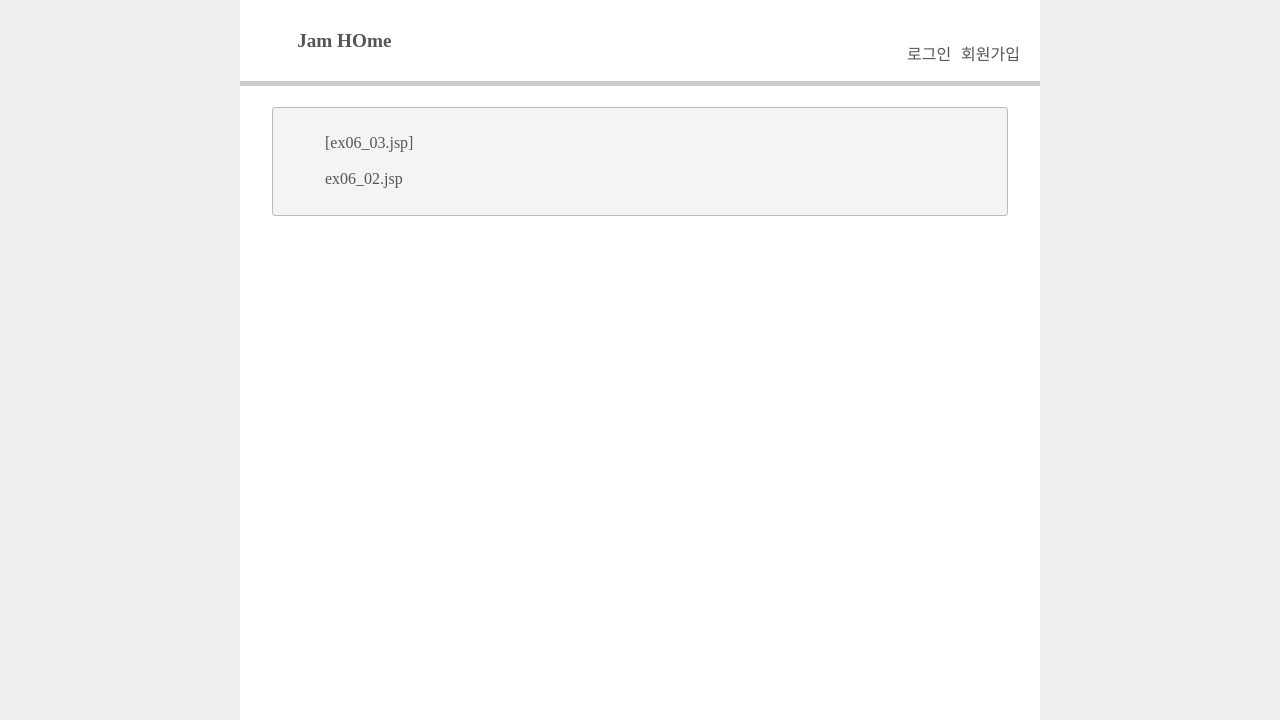
Repository: woals5636/JSPClass
Page: http://localhost/jspPro/days06/ex06_03.jsp
These files come from the project's save history. The page is drawn as it stood at one moment and after the next save; the edit follows.
The browser window is 1280 px wide. The pictures show the whole page.
Some web fonts or font styles are not loaded; a fallback is used. The page is served by Tomcat 9.

Above is the page before, as saved 2024-10-22 07:39:10.

After the next save:
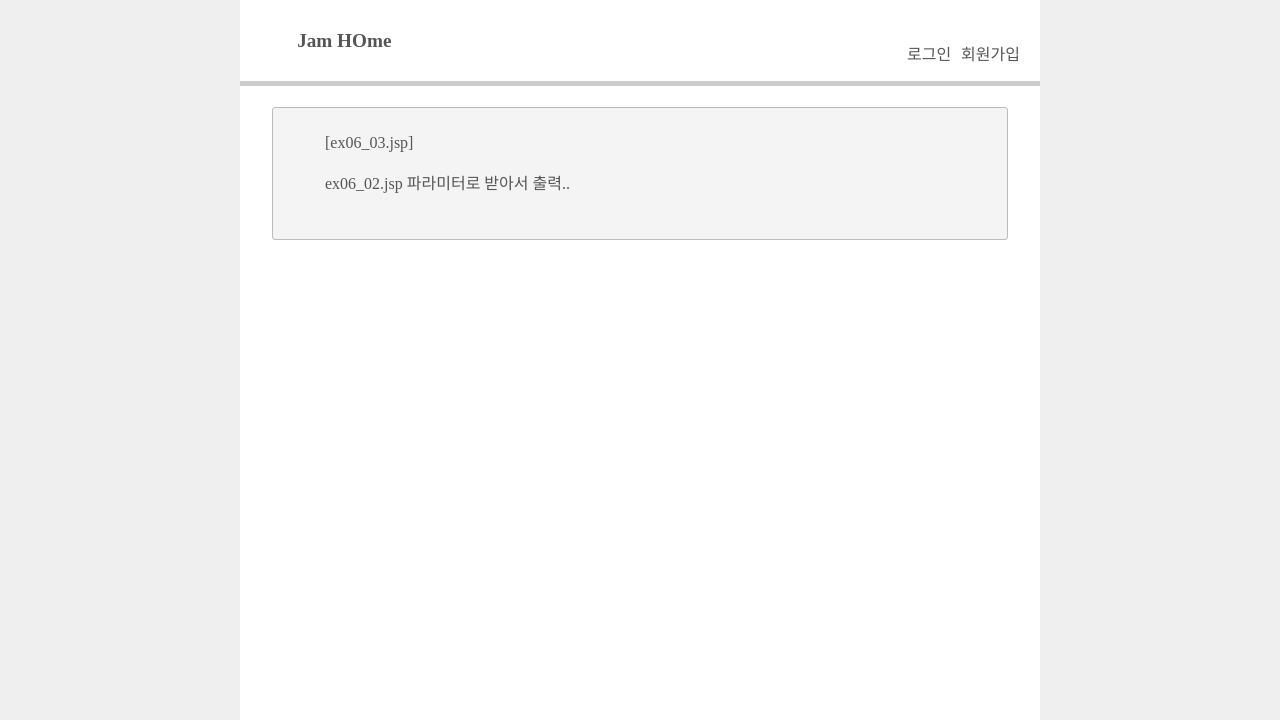
Saved 33 s later.
--- a/jspPro/src/main/webapp/days06/ex06_03.jsp
+++ b/jspPro/src/main/webapp/days06/ex06_03.jsp
@@ -30,8 +30,14 @@
   <xmp class="code">
  	 [ex06_03.jsp]
 
- 	 ex06_02.jsp
+ 	 ex06_02.jsp 파라미터로 받아서 출력..
+
   </xmp>
+
+  <%
+  	String id = request.getParameter("id");
+
+  %>
 </div>
 </body>
 </html>
